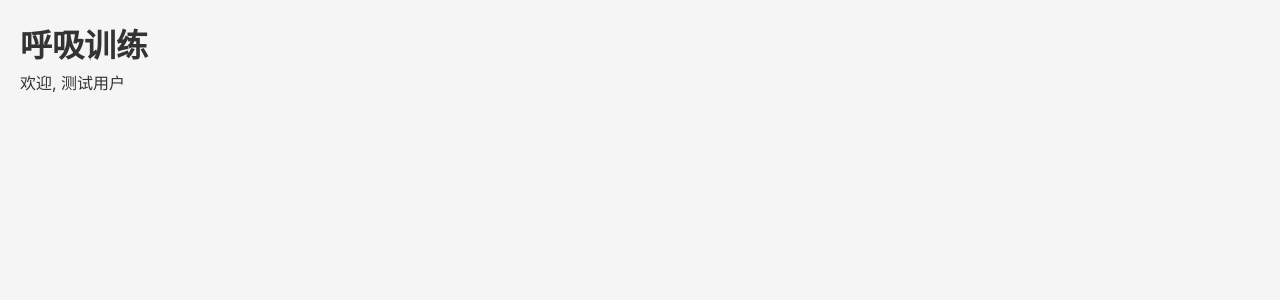
Repository: b55585wy/sync-reactive
Page: /
These files come from the project's save history. The page is drawn as it stood at one moment and after a run of saves; the edit follows.
The browser window is 1280 px wide. The pictures show the whole page.
The project was rebuilt for these pictures with package versions that can differ from the ones it lists, and the page was loaded fresh each time. Also part of the build but not shown: vite.config.js, src/components/breathing/BreathingAnimation.vue, src/stores/breathing.js, src/views/Exercise.vue.

Above is the page before, as saved 2024-11-20 19:37:01.

After the next 3 saves:
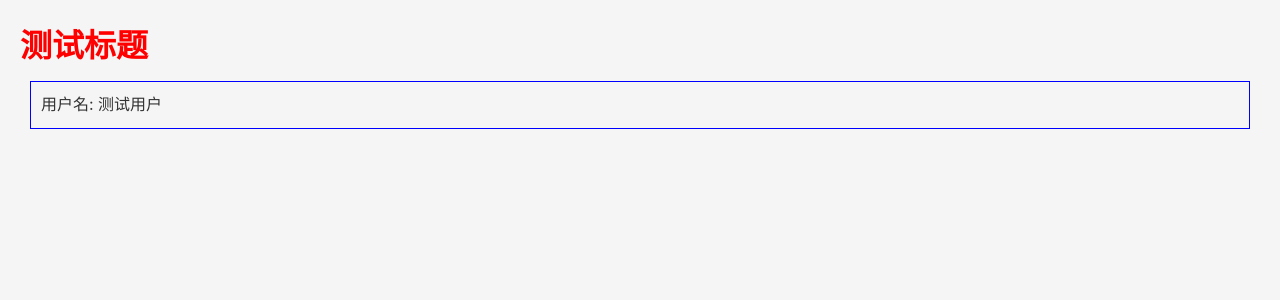
The 3 saves are shown as one change because they came seconds apart.
The last was saved 28 s later.
--- a/src/views/Home.vue
+++ b/src/views/Home.vue
@@ -1,58 +1,24 @@
 <template>
   <div class="home">
-    <header class="header">
-      <h1>呼吸训练</h1>
-      <div v-if="loading">加载中...</div>
-      <div v-else-if="error" style="color: red;">{{ error }}</div>
-      <div v-else class="user-info">
-        <span>欢迎, {{ username || '访客' }}</span>
-      </div>
-    </header>
+    <h1 style="color: red;">测试标题</h1>
+
+    <!-- 只保留最基础的数据显示 -->
+    <div style="border: 1px solid blue; padding: 10px; margin: 10px;">
+      <p>用户名: {{ username }}</p>
+    </div>
   </div>
 </template>
 
 <script>
-import { ref, onMounted } from 'vue'
-import axios from 'axios'
+import { ref } from 'vue'
 
 export default {
   name: 'Home',
   setup() {
-    const username = ref('')
-    const loading = ref(false)
-    const error = ref(null)
-
-    const loadUserData = async () => {
-      loading.value = true
-      error.value = null
-
-      try {
-        // 如果后端 API 还没准备好，可以先使用模拟数据
-        // 开发时可以先注释掉 API 调用，使用假数据
-        /*
-        const response = await axios.get('/api/user')
-        username.value = response.data.username
-        */
-
-        // 使用模拟数据
-        username.value = '测试用户'
-
-      } catch (err) {
-        console.error('API 错误:', err)
-        error.value = '数据加载失败，请稍后重试'
-      } finally {
-        loading.value = false
-      }
-    }
-
-    onMounted(() => {
-      loadUserData()
-    })
+    const username = ref('测试用户')
 
     return {
-      username,
-      loading,
-      error
+      username
     }
   }
 }
@@ -62,8 +28,4 @@ export default {
 .home {
   padding: 20px;
 }
-
-.header {
-  margin-bottom: 20px;
-}
 </style>
